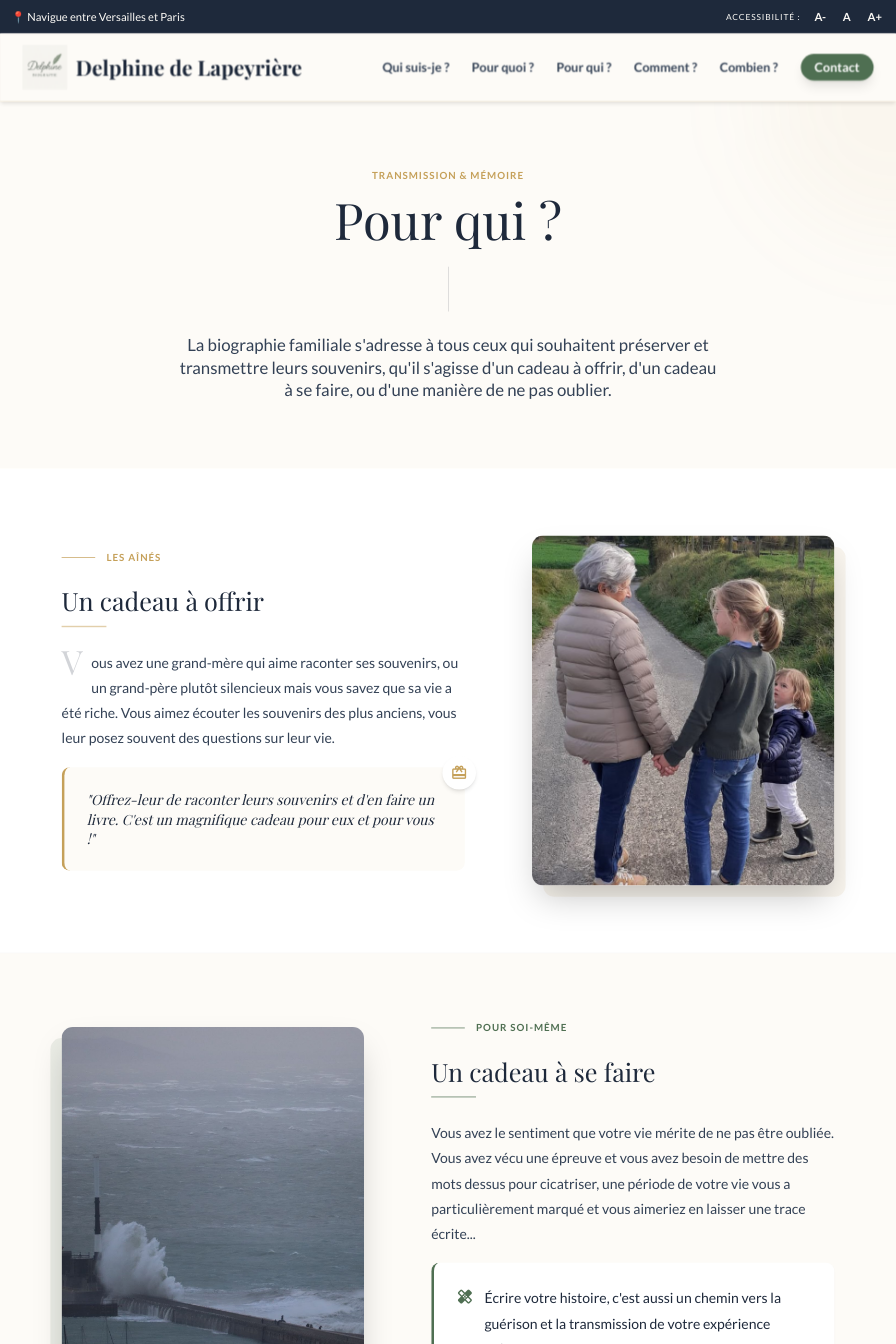
Repository: louisbdc/delphine-biographe
Page: /pour-qui
An editor plug-in stored every save of this project. The page is shown before and after the next save, followed by the edit.
The browser window is 1280 px wide. The pictures show the part of the page from y = 0 to 1920 px (the page is 3803 px tall before and 3743 px after), at 70% of full size.
Some web fonts or font styles are not loaded; a fallback is used. The project was rebuilt for these pictures with package versions that can differ from the ones it lists, and the page was loaded fresh each time. The framework's server and built-in components were replaced by stand-ins that run in the browser. Also part of the build but not shown: next.config.js.

Above is the page before, as saved 2026-01-07 16:52:18.

After the next save:
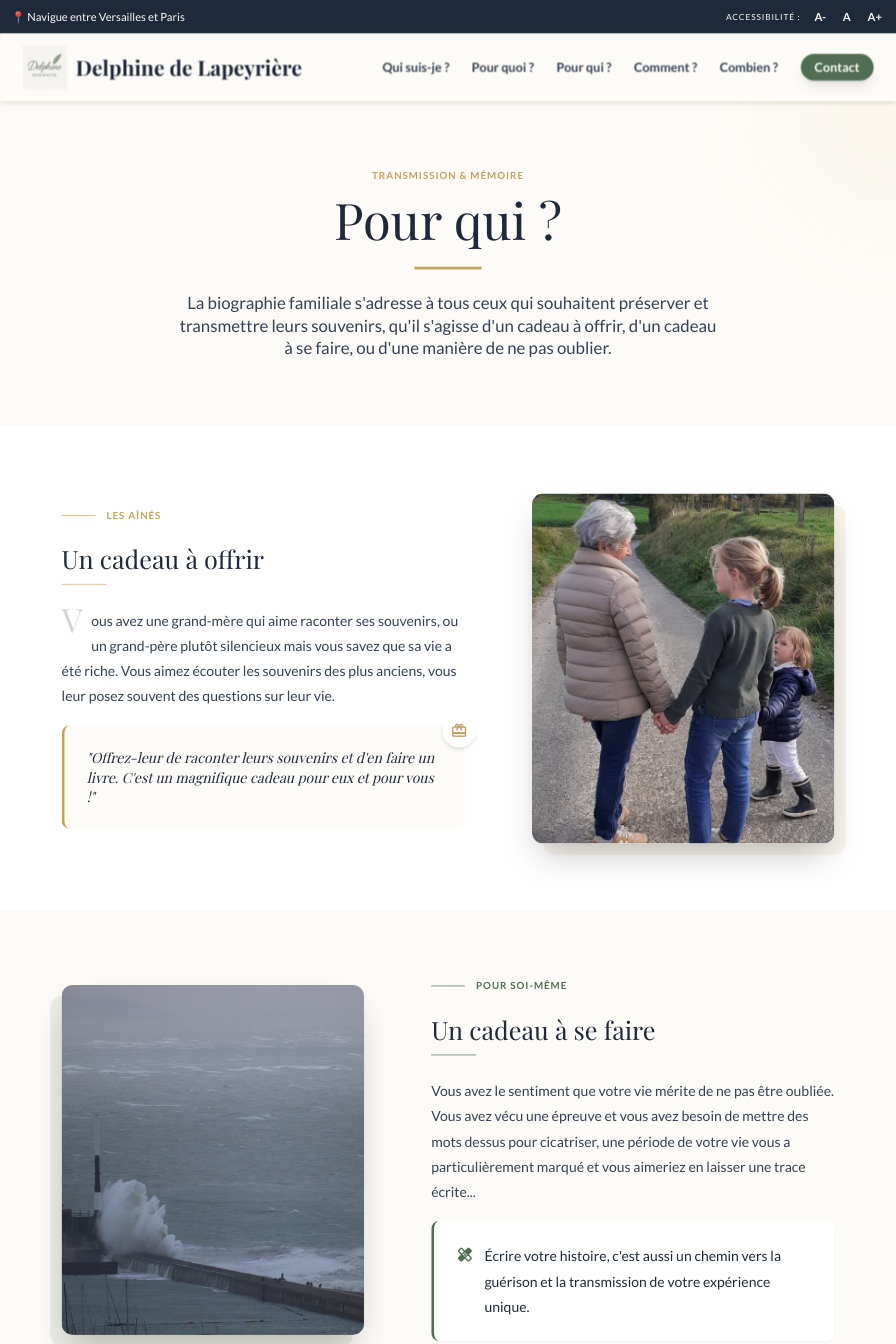
Saved 20 s later.
--- a/app/pour-qui/page.tsx
+++ b/app/pour-qui/page.tsx
@@ -18,7 +18,8 @@ export default function PourQui() {
           <h1 className="text-5xl md:text-7xl font-serif text-navy mb-8 leading-tight">
             Pour qui ?
           </h1>
-          <div className="w-px h-16 bg-navy/20 mx-auto mb-8"></div>
+          {/* Séparateur signature */}
+          <div className="w-24 h-1 bg-gold mx-auto mb-8"></div>
           <p className="text-xl md:text-2xl text-navy-light max-w-3xl mx-auto leading-relaxed font-light">
             La biographie familiale s'adresse à tous ceux qui souhaitent préserver et transmettre leurs souvenirs,
             qu'il s'agisse d'un cadeau à offrir, d'un cadeau à se faire, ou d'une manière de ne pas oublier.
